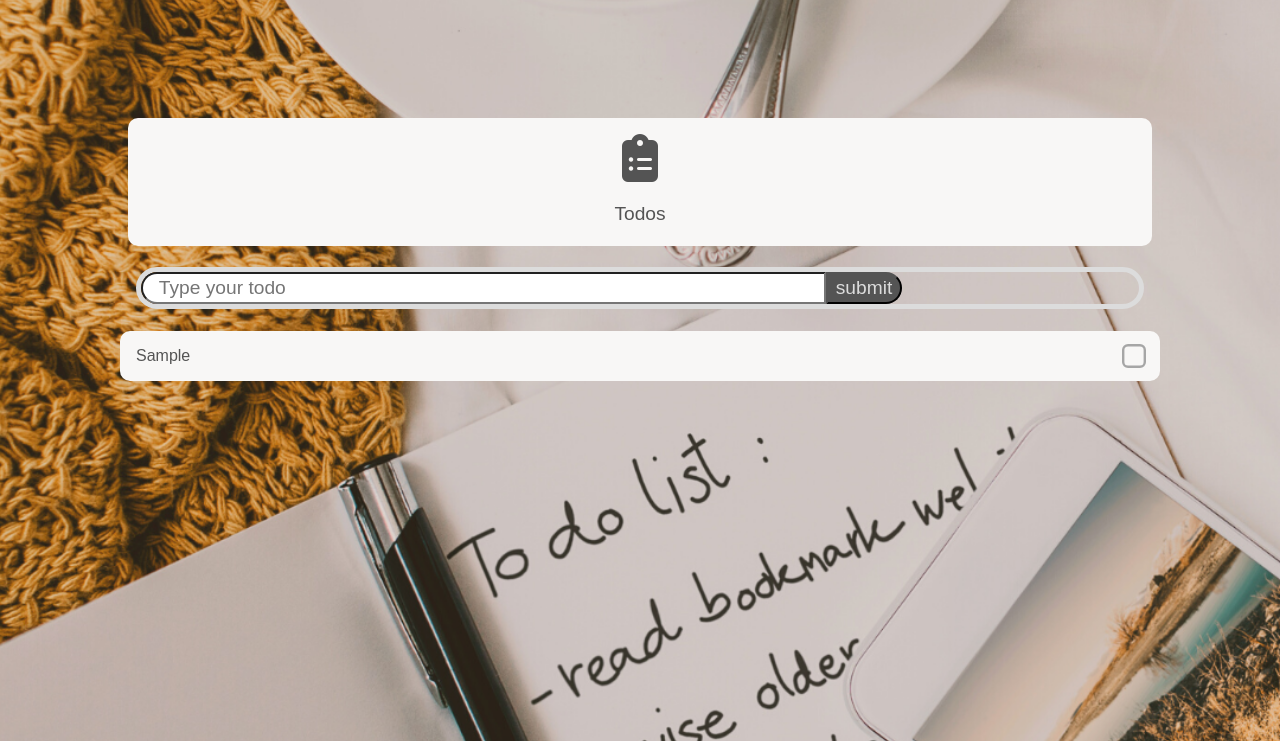
Repository: ShindanoSingi/My-Channel-Videos
Page: index.html
These files come from the project's save history. The page is drawn as it stood at one moment and after the next save; the edit follows.
The browser window is 1280 px wide. The pictures show the whole page.
Empty fields were first filled with sample values (such as "Sample", 5 or name@example.com).
After loading, the first visible `#submit-button` was clicked once.
Some web libraries are served in a nearby version.

Above is the page before, as saved 2023-07-18 22:36:26.

After the next save:
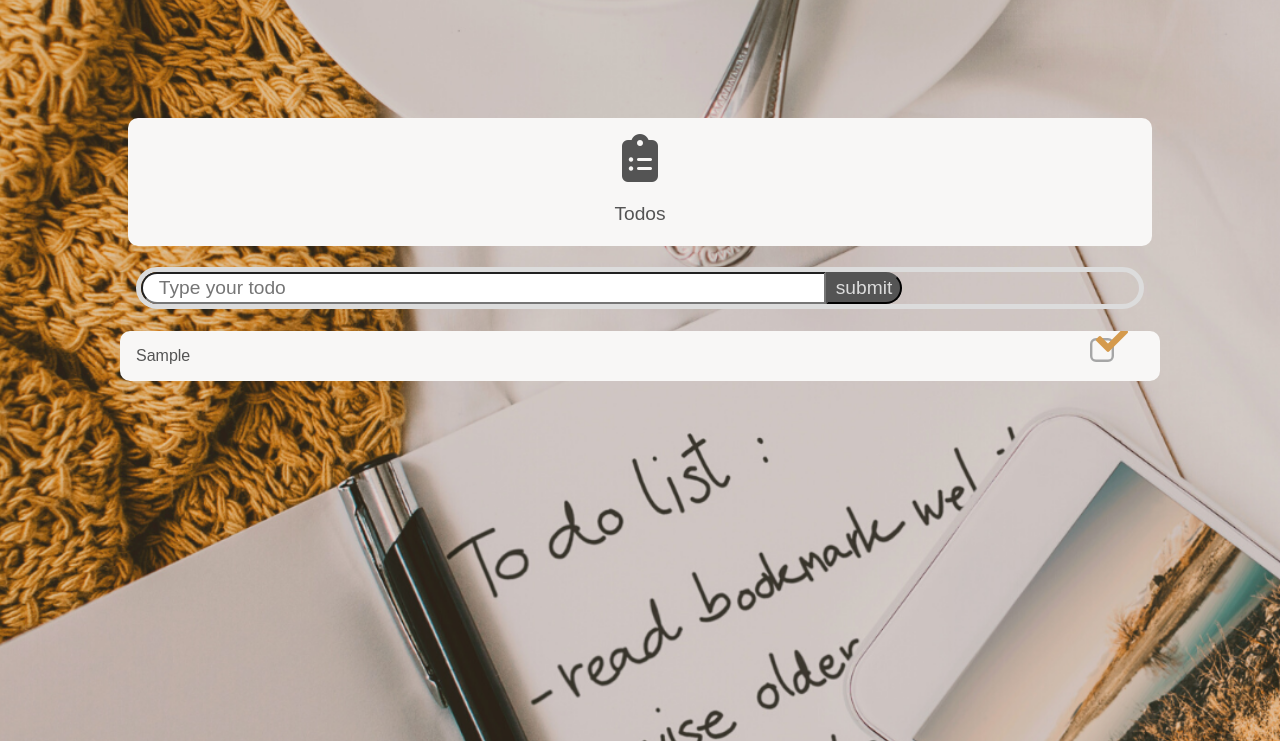
Saved 4 min 2 s later.
--- a/index.js
+++ b/index.js
@@ -23,7 +23,7 @@ button.addEventListener("click", function () {
     input.setAttribute("id", "checkbox");
 
     let i = document.createElement("i");
-    i.setAttribute("class", 'check-mark GiCheckMark');
+    i.setAttribute("class", 'check-mark fas fa-check');
     i.setAttribute('id','check-mark');
 
     newDiv4.appendChild(input);
